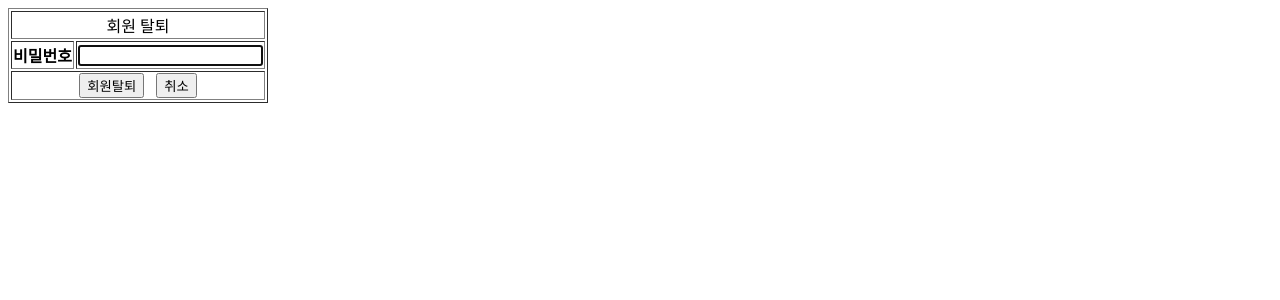
Repository: skeaze7496-max/HomePage
Page: http://localhost/ServletProject/memberone/deleteForm.jsp
These files come from the project's save history. The page is drawn as it stood at one moment and after a run of saves; the edit follows.
The browser window is 1280 px wide. The pictures show the whole page.
The page is served by Tomcat 9. Nobody is signed in. The application's start-up code is not run. Other server files are loaded and not shown.

Above is the page before, as saved 2026-06-05 02:56:19.

### ServletProject/src/main/webapp/memberone/deleteForm.jsp
<%@ page language="java" contentType="text/html; charset=UTF-8"
    pageEncoding="UTF-8"%>
<!DOCTYPE html>
<html>
<head>
<meta charset="UTF-8">
<title>회원탈퇴</title>
<script type="text/javascript">
function begin() {
	document.myForm.pass.focus();
}
function checkIt() {
	if(!document.myForm.pass.value){
		alert("비밀번호를 입력해주세요.");
		document.myForm.pass.focus();
		return;
	}
}
</script>
</head>
<body onload="begin()">
<form action="deleteProc.jsp" method="post" name="myForm" onsubmit="checkIt()">
	<table width="260" border="1">
		<tr>
			<td colspan="2" align="center">회원 탈퇴</td>
		</tr>
		<tr>
			<td width="150"><b>비밀번호</b></td>
			<td width="110">
				<input type="password" name="pass" size="20">
			</td>
		</tr>
		<tr>
			<td colspan="2" align="center">
			<input type="submit" value="회원탈퇴">&nbsp;&nbsp;
			<input type="button" value="취소" onclick="javascript:window.location='login.jsp'">
			</td>
		</tr>
	</table>



</form>
</body>
</html>

### ServletProject/src/main/webapp/memberone/style.css
@charset "UTF-8";

/* 전체 폰트 및 배경 설정 */
body {
    font-family: 'Nanum Gothic', sans-serif;
    background-color: #f9f9f9;
    display: flex;
    justify-content: center;
    padding: 50px;
}

/* 테이블 전체 스타일 */
table {
	font-family: 'Nanum Gothic', sans-serif;
    width: 600px;
    background-color: #f9f9f9;
    border-collapse: collapse;
    border: 1px solid #ddd;
    box-shadow: 0 4px 8px rgba(0,0,0,0.1);
    border-radius: 8px;
    overflow: hidden;
}

/* 테이블 헤더(제목) */
table tr:first-child td {
    padding: 20px;
    background-color: #4CAF50;
    color: white;
    font-weight: bold;
    font-size: 1.2em;
}

/* 라벨(아이디, 비밀번호 등) */
td:first-child {
    width: 150px;
    padding: 15px;
    background-color: #f9f9f9;
    font-weight: bold;
    color: #333;
}

/* 입력 필드 */
td:last-child {
    padding: 10px;
}

input[type="text"], input[type="password"], input[type="email"], select {
    padding: 8px;
    border: 1px solid #ccc;
    border-radius: 4px;
    width: 200px;
}

/* 버튼 스타일 */
input[type="button"], input[type="reset"]  {
    padding: 8px 15px;
    cursor: pointer;
    background-color: #4CAF50;
    color: white;
    border: none;
    border-radius: 4px;
    transition: background 0.3s;
}

input[type="submit"]{
	    padding: 8px 15px;
    cursor: pointer;
    background-color: #b3a667;
    color: white;
    border: none;
    border-radius: 4px;
    transition: background 0.3s;

}
input[type="button"]:hover, input[type="reset"]:hover {
    background-color: #45a049;
}

After the next 2 saves:
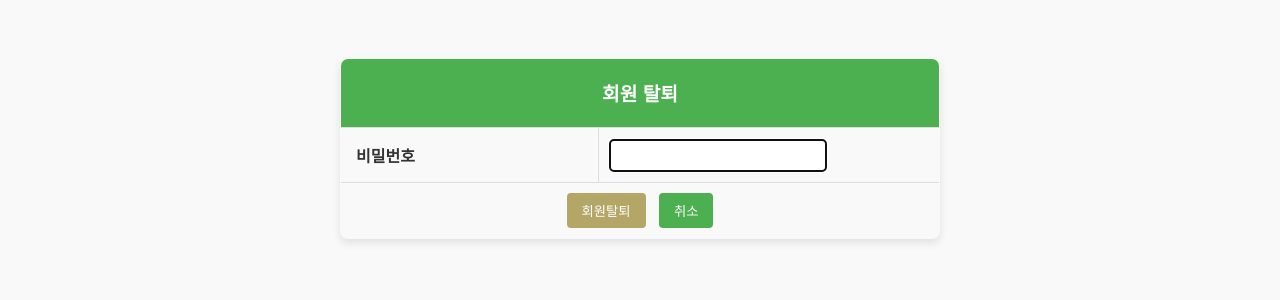
The 2 saves are shown as one change because they came seconds apart.
The last was saved 20 s later.
--- a/ServletProject/src/main/webapp/memberone/deleteForm.jsp
+++ b/ServletProject/src/main/webapp/memberone/deleteForm.jsp
@@ -5,6 +5,7 @@
 <head>
 <meta charset="UTF-8">
 <title>회원탈퇴</title>
+<link href="style.css" type="text/css" rel="stylesheet">
 <script type="text/javascript">
 function begin() {
 	document.myForm.pass.focus();
